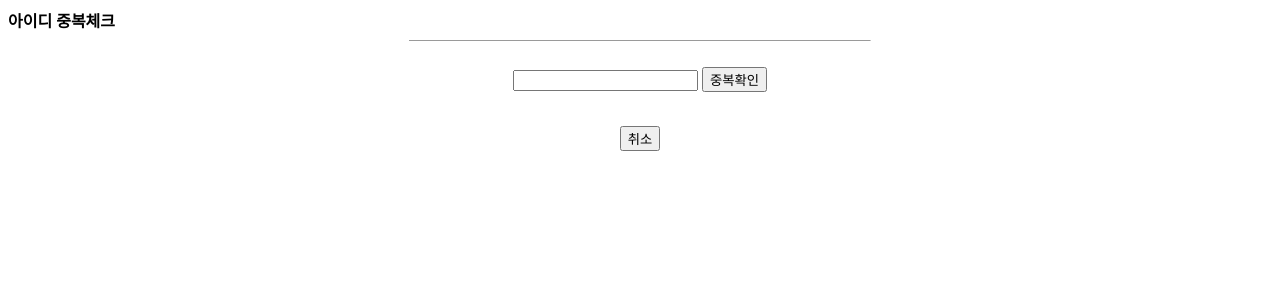
Repository: jeongeun-cloud/spring-study
Page: http://localhost/Session/idCheck.jsp
An editor plug-in stored every save of this project. The page is shown before and after the next save, followed by the edit.
The browser window is 1280 px wide. The pictures show the whole page.
The page is served by Tomcat 9. Queries for data that is not in the repository find no rows.

Above is the page before, as saved 2020-06-08 02:20:13.

After the next save:
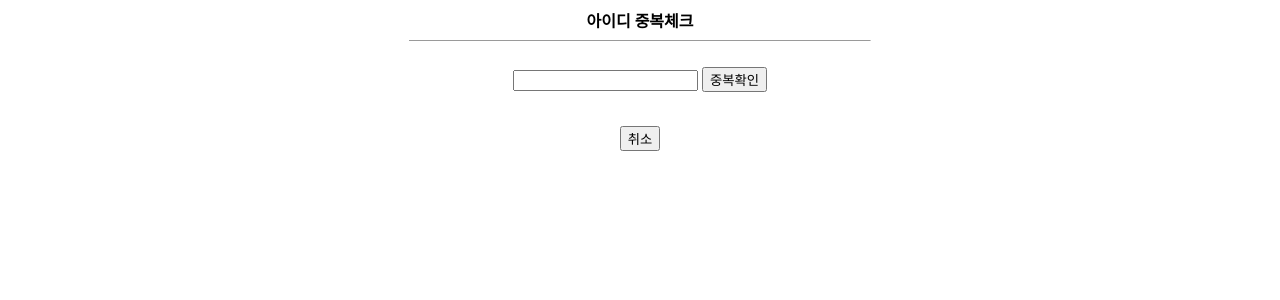
Saved 2 min 40 s later.
--- a/jsp_work/Session/WebContent/idCheck.jsp
+++ b/jsp_work/Session/WebContent/idCheck.jsp
@@ -109,8 +109,8 @@
    </script>
 </head>
 
-<body>
-	<div>
+<body onloard="pValue()">
+	<div id="wrap">
 		<b>아이디 중복체크</b>
 		<hr size="1" width="460">
 		<br>
